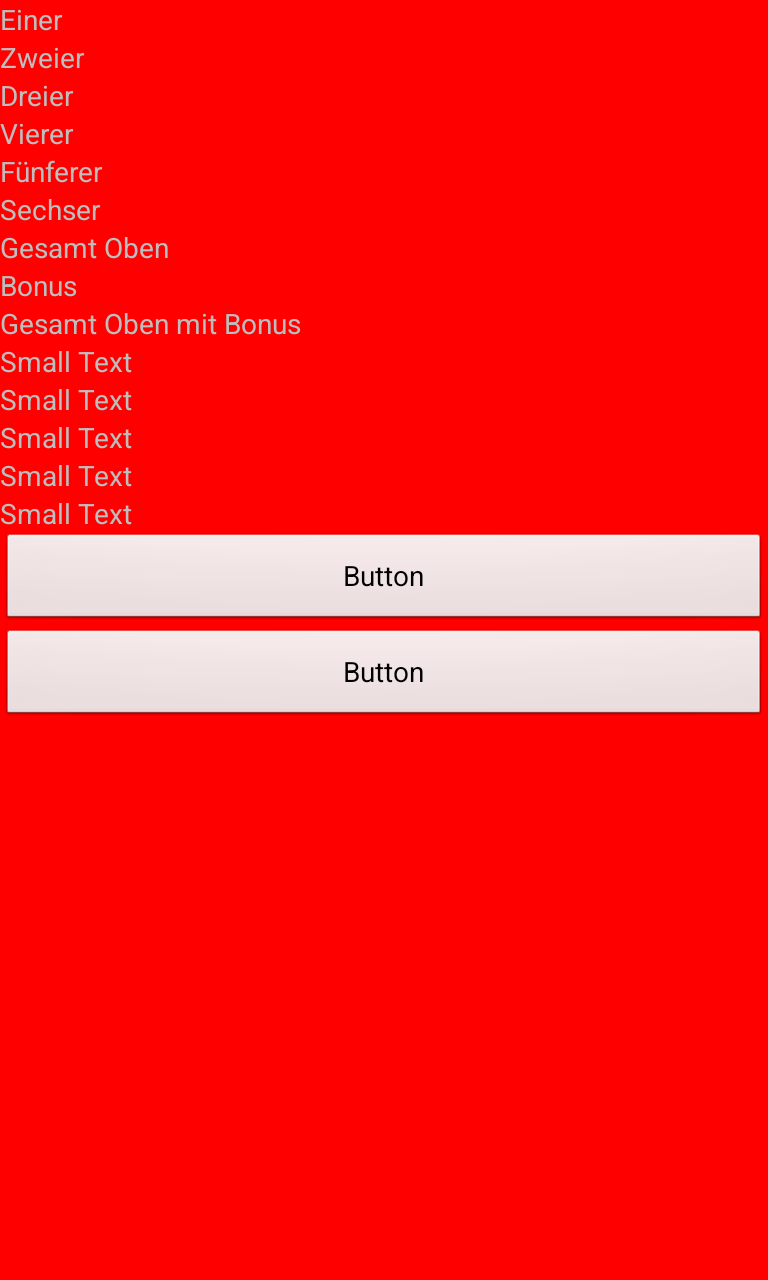
Repository: Lemkerene/App
Layout: kniffel/res/layout/blatt.xml
An editor plug-in stored every save of this project. The layout is shown before and after the next save, followed by the edit.
It is drawn on a 768 x 1280 px phone screen (xhdpi) without system bars, with theme android:Theme; the app's code is not run.

Above is the layout before, as saved 2012-08-01 13:32:39.

After the next save:
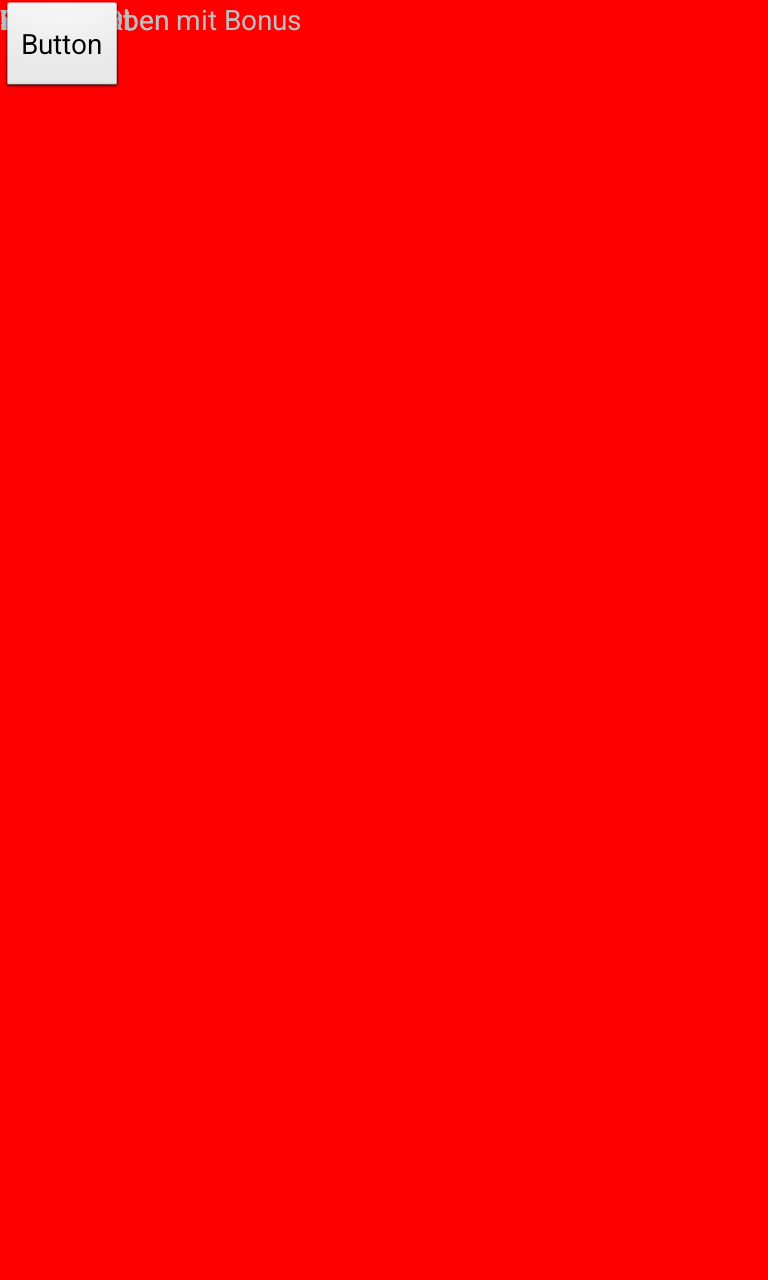
Saved 14 s later.
--- a/kniffel/res/layout/blatt.xml
+++ b/kniffel/res/layout/blatt.xml
@@ -1,10 +1,9 @@
 <?xml version="1.0" encoding="utf-8"?>
-<TableLayout xmlns:android="http://schemas.android.com/apk/res/android"
-    android:id="@+id/TableLayout1"
+<AbsoluteLayout xmlns:android="http://schemas.android.com/apk/res/android"
+    android:id="@+id/AbsoluteLayout1"
     android:layout_width="fill_parent"
     android:layout_height="fill_parent"
-    android:background="@color/myColor">
-
+    android:background="@color/myColor" >
 
     <TextView
         android:id="@+id/TextView13"
@@ -13,14 +12,12 @@
         android:text="@string/einer"
         android:textAppearance="?android:attr/textAppearanceSmall" />
 
-
     <TextView
         android:id="@+id/TextView12"
         android:layout_width="wrap_content"
         android:layout_height="wrap_content"
         android:text="@string/zweier"
         android:textAppearance="?android:attr/textAppearanceSmall" />
-
 
     <TextView
         android:id="@+id/TextView11"
@@ -29,14 +26,12 @@
         android:text="@string/dreier"
         android:textAppearance="?android:attr/textAppearanceSmall" />
 
-
     <TextView
         android:id="@+id/TextView10"
         android:layout_width="wrap_content"
         android:layout_height="wrap_content"
         android:text="@string/vierer"
         android:textAppearance="?android:attr/textAppearanceSmall" />
-
 
     <TextView
         android:id="@+id/TextView09"
@@ -45,14 +40,12 @@
         android:text="@string/funfer"
         android:textAppearance="?android:attr/textAppearanceSmall" />
 
-
     <TextView
         android:id="@+id/TextView01"
         android:layout_width="wrap_content"
         android:layout_height="wrap_content"
         android:text="@string/sechser"
         android:textAppearance="?android:attr/textAppearanceSmall" />
-
 
     <TextView
         android:id="@+id/textView1"
@@ -61,14 +54,12 @@
         android:text="@string/gesoben"
         android:textAppearance="?android:attr/textAppearanceSmall" />
 
-
     <TextView
         android:id="@+id/TextView08"
         android:layout_width="wrap_content"
         android:layout_height="wrap_content"
         android:text="@string/bon"
         android:textAppearance="?android:attr/textAppearanceSmall" />
-
 
     <TextView
         android:id="@+id/TextView07"
@@ -124,4 +115,4 @@
         android:layout_height="wrap_content"
         android:text="Button" />
 
-</TableLayout>
+</AbsoluteLayout>
